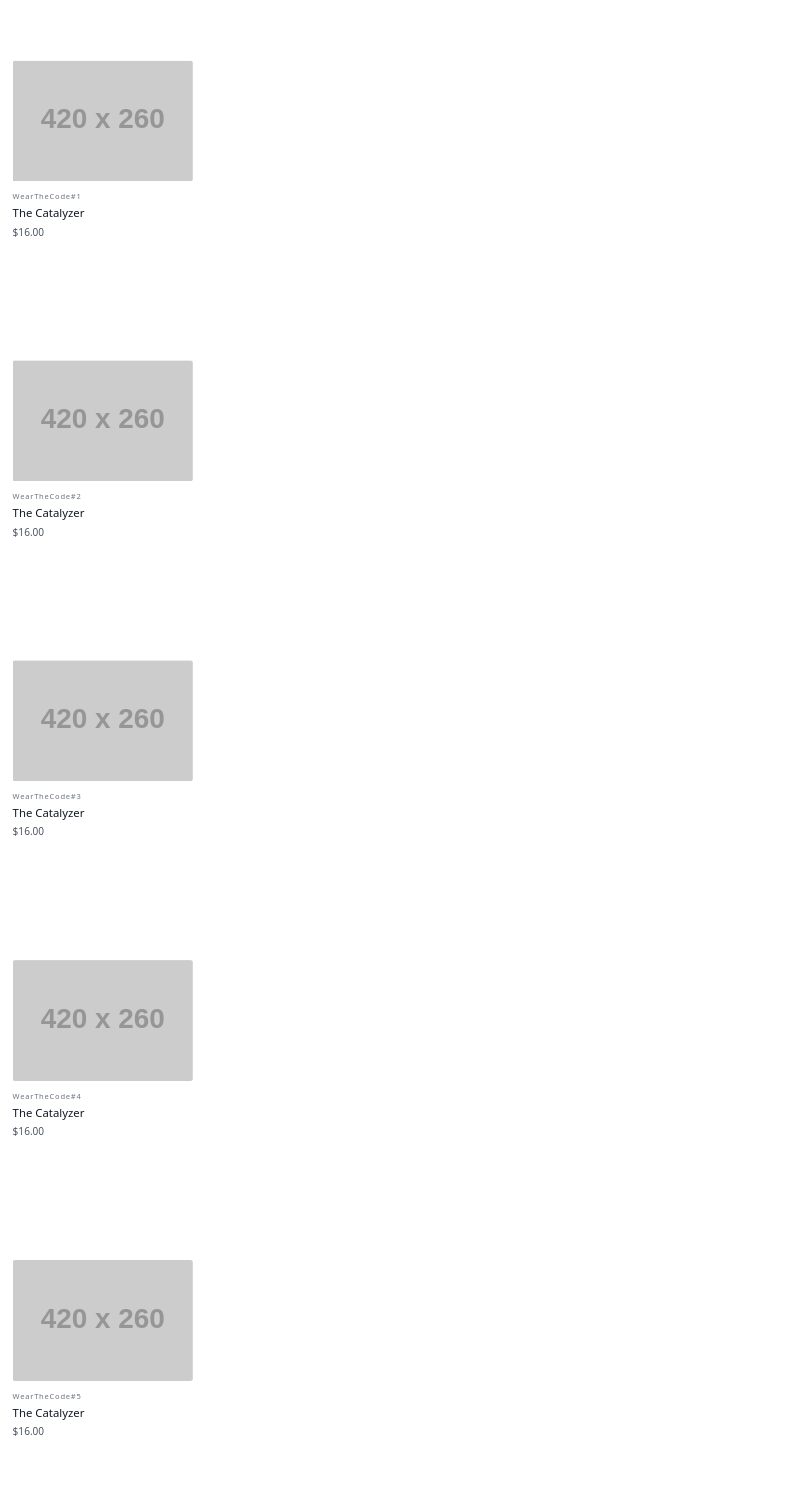
Repository: PrasadSSPBK/Tshirts-HoodiesFiltering
Page: /
An editor plug-in stored every save of this project. The page is shown before and after the next save, followed by the edit.
The browser window is 1280 px wide. The pictures show the whole page, at 63% of full size.
The project was rebuilt for these pictures with package versions that can differ from the ones it lists, and the page was loaded fresh each time. The framework's server and built-in components were replaced by stand-ins that run in the browser. Requests to the local data server were answered from the project's data file. Also part of the build but not shown: next.config.js.

Above is the page before, as saved 2022-10-12 15:30:15.

### pages/index.js
// import Head from 'next/head'


// import RangeSlider from '../components/RangeSlider'

import React from "react"

export default function Home({data}) {
  console.log(data)
  return (
    <div className="w-full" >





          {data.map((item)=>{
            return(
              <section className="text-gray-600 body-font" key={item.id}>
                <div className="container px-5 py-24 mx-auto">
                  <div className="flex flex-wrap -m-4">
              <div className="lg:w-1/4 md:w-1/2 p-4 w-full">
                <a className="block relative h-48 rounded overflow-hidden">
                  <img alt="ecommerce" className="object-cover object-center w-full h-full block" src="https://dummyimage.com/420x260"/>
                </a>
                <div className="mt-4">
                  <h3 className="text-gray-500 text-xs tracking-widest title-font mb-1">{item.title}</h3>
                  <h2 className="text-gray-900 title-font text-lg font-medium">The Catalyzer</h2>
                  <p className="mt-1">$16.00</p>
                </div>
              </div>
                  </div>
                </div>
              </section>

            )
          })}

        </div>





  )
}

export async function  getServerSideProps(){
  const response = await fetch("http://localhost:4000/tshirts")
  const data= await response.json()
  return{
    props:{
      data:data
    }
  }

}

### styles/globals.css

@tailwind base;
@tailwind components;
@tailwind utilities;

body{
overflow-x: hidden;
}

### db.json
 {
  "tshirts": [
    { "id": 1, "title": "WearTheCode#1", "color": "blue" },
    { "id": 2, "title": "WearTheCode#2", "color": "green" },
    { "id": 3, "title": "WearTheCode#3", "color": "purple" },
    { "id": 4, "title": "WearTheCode#4", "color": "yellow" },
    { "id": 5, "title": "WearTheCode#5", "color": "pink" }
  ],
  "comments": [
    { "id": 1, "body": "some comment", "postId": 1 }
  ],
  "profile": { "name": "typicode" }
}

Loaded but not shown: pages/_app.js (common file); tailwind.config.js (common file)

After the next save:
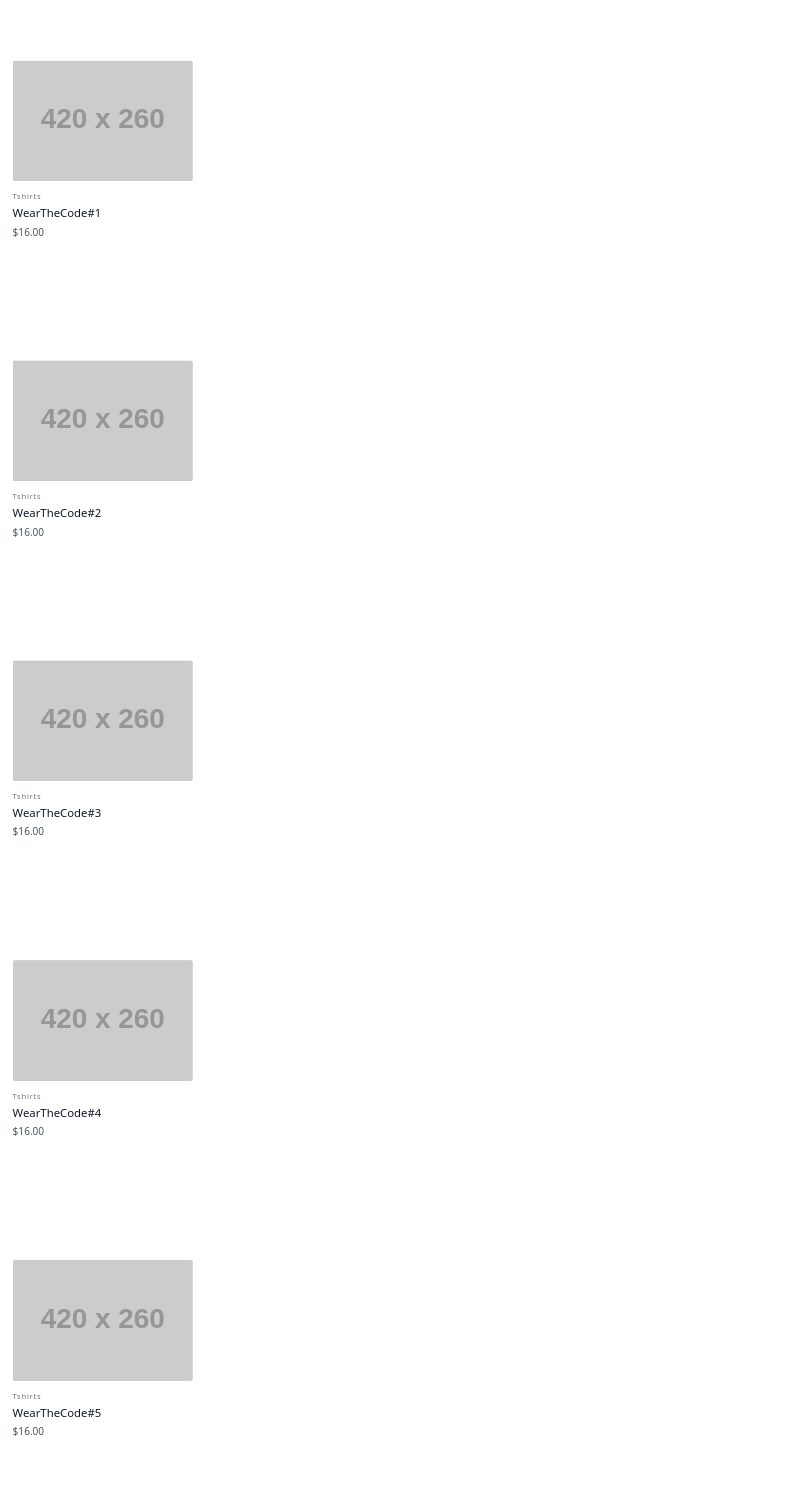
Saved 20 s later.
--- a/pages/index.js
+++ b/pages/index.js
@@ -24,8 +24,8 @@ export default function Home({data}) {
                   <img alt="ecommerce" className="object-cover object-center w-full h-full block" src="https://dummyimage.com/420x260"/>
                 </a>
                 <div className="mt-4">
-                  <h3 className="text-gray-500 text-xs tracking-widest title-font mb-1">{item.title}</h3>
-                  <h2 className="text-gray-900 title-font text-lg font-medium">The Catalyzer</h2>
+                  <h3 className="text-gray-500 text-xs tracking-widest title-font mb-1">Tshirts</h3>
+                        <h2 className="text-gray-900 title-font text-lg font-medium">{item.title}</h2>
                   <p className="mt-1">$16.00</p>
                 </div>
               </div>
